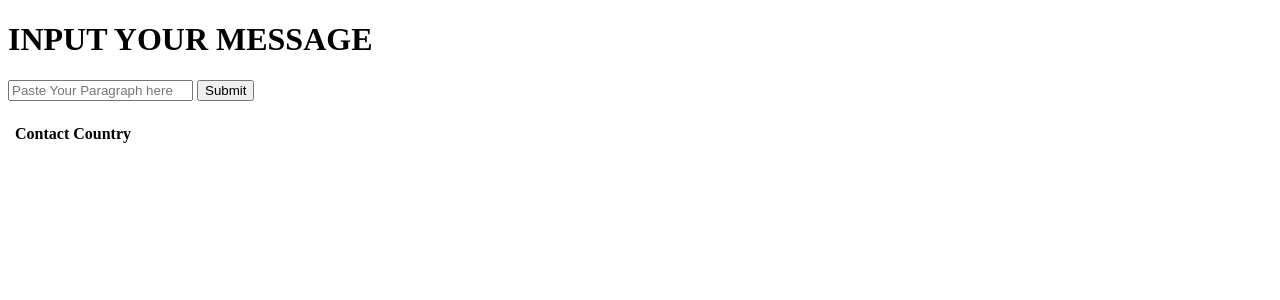
Repository: SharonSebastian32/Paragraph_management_application
Page: index.html
The author's editor kept a copy of each file at every save. The page is drawn from the files as they stood at one save, then again after a run of saves.
The browser window is 1280 px wide. The pictures show the whole page.

Above is the page before, as saved 2024-08-22 14:30:44.

After the next 2 saves:
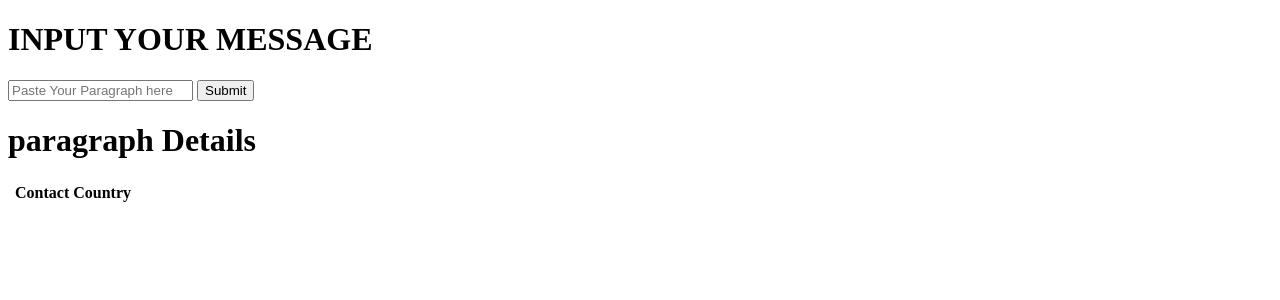
The 2 saves are shown as one change because they came seconds apart.
The last was saved 12 s later.
--- a/index.html
+++ b/index.html
@@ -16,15 +16,15 @@
           placeholder="Paste Your Paragraph here"
         />
         <button>Submit</button>
-
-      </form><h1></h1>
-        <table>
-            <tr>
-    <th></th>
-    <th>Contact</th>
-    <th>Country</th>
-  </tr>
-        </table>
+      </form>
+      <h1>paragraph Details</h1>
+      <table>
+        <tr>
+          <th></th>
+          <th>Contact</th>
+          <th>Country</th>
+        </tr>
+      </table>
     </div>
   </body>
 </html>
